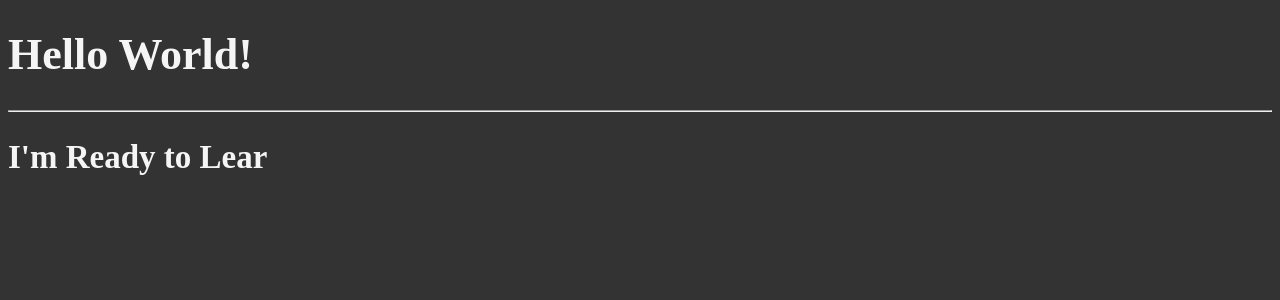
Repository: JavaProgrammerFromEastEurope/project-html-full-tutorial
Page: 04_lesson/index.html
The author's editor kept a copy of each file at every save. The page is drawn from the files as they stood at one save, then again after a run of saves.
The browser window is 1280 px wide. The pictures show the whole page.

Above is the page before, as saved 2023-04-07 03:16:01.

After the next 4 saves:
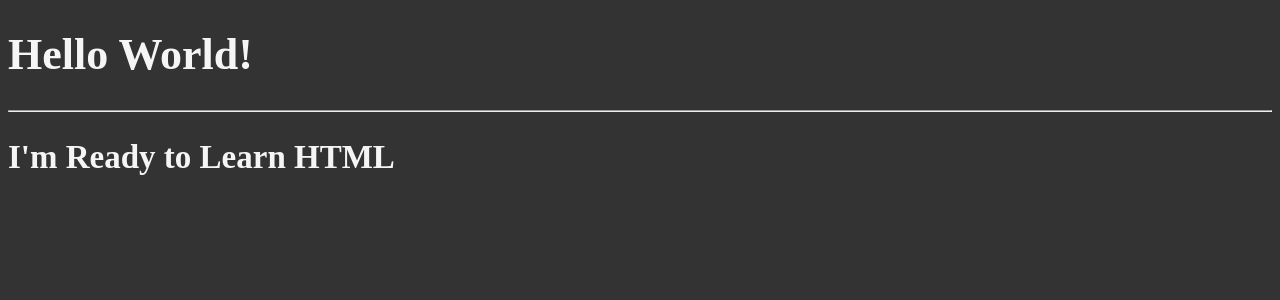
The 4 saves are shown as one change because they came seconds apart.
The last was saved 12 s later.
--- a/04_lesson/index.html
+++ b/04_lesson/index.html
@@ -14,6 +14,7 @@
 	<h1>Hello World!</h1>
 
 	<hr>
-	<h2> I'm Ready to Lear</h2>
+	<h2> I'm Ready to Learn HTML</h2>
+	<p></p>
 </body>
 </html>
